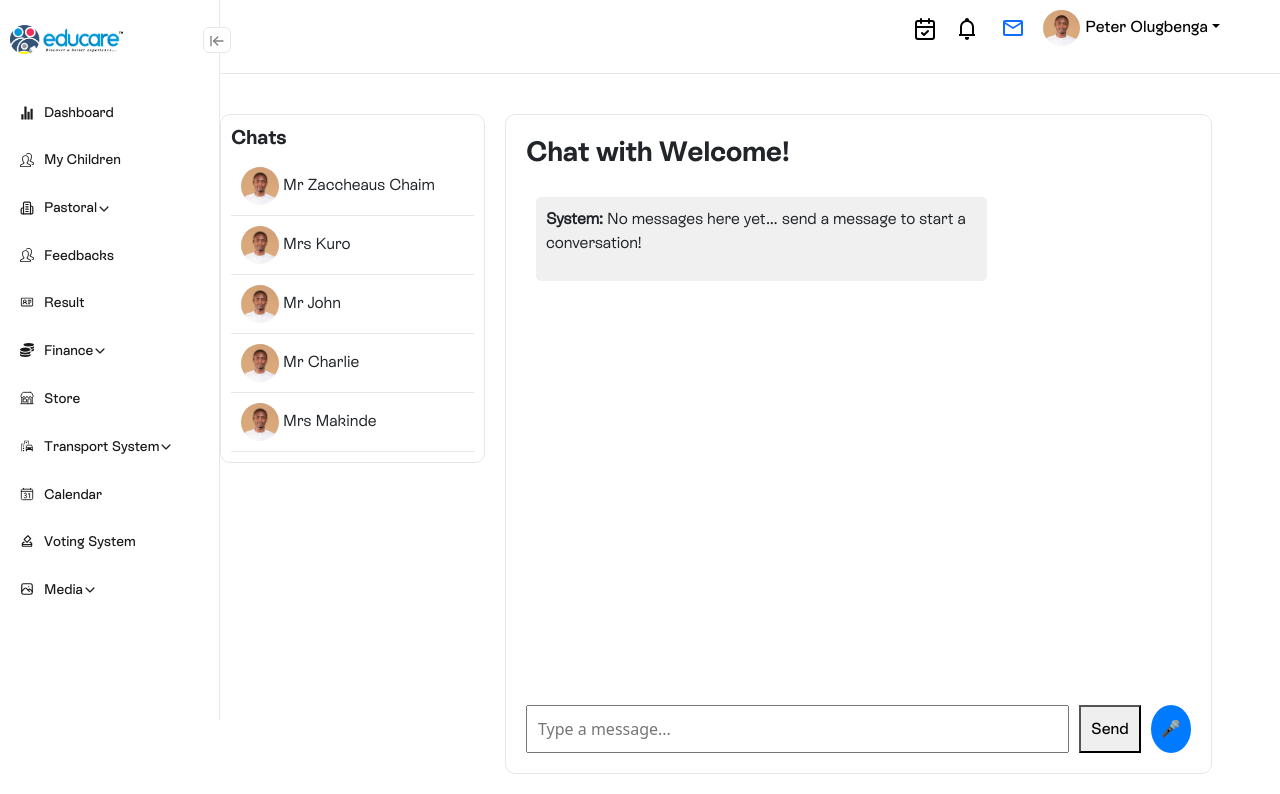
Repository: sarahnnanyelugo/educare-dashboards
Page: /chat-interface
The author's editor kept a copy of each file at every save. The page is drawn from the files as they stood at one save, then again after the next save.
The browser window is 1280 px wide. The pictures show the whole page.
The project was rebuilt for these pictures with package versions that can differ from the ones it lists, and the page was loaded fresh each time. Also part of the build but not shown: src/Dashboards/Parents/Feedbacks/feedbacks.scss, src/components/AppTable/table.scss, src/components/AppTable/AppTable.js, src/Utils/DataUtils.js, src/components/Select/select.scss, src/components/Select/Select.js, src/components/Search/search.scss, src/components/Search/Search.js and 50 more.

Above is the page before, as saved 2024-11-27 12:53:00.

### src/App.js
import logo from "./logo.svg";
import "./App.scss";
import "bootstrap/dist/css/bootstrap.min.css";
import { BrowserRouter, Routes, Route, Link, Outlet } from "react-router-dom";
import { ParentsLayout } from "./Layouts/ParentsLayout";
import { MainNews } from "./pages/NewsPage/MainNews/MainNews";
import { NewsPage } from "./pages/NewsPage/NewsPage";
function App() {
  return (
    <>
      {" "}
      <Routes>
        <Route path="/*" element={<ParentsLayout />} />{" "}
        <Route path="news-page" element={<NewsPage />} />
        <Route path="main-news/:blog_id" element={<MainNews />} />
      </Routes>
    </>
  );
}

export default App;

### src/App.scss
.App-link {
  color: #61dafb;
}

@keyframes App-logo-spin {
  from {
    transform: rotate(0deg);
  }
  to {
    transform: rotate(360deg);
  }
}
@font-face {
  font-family: rebondG;
  src: url(./assets/fonts/Rebond_font/RebondG.otf);
}
@font-face {
  font-family: rebondG-Bold;
  src: url(./assets/fonts/Rebond_font/RebondG-Bold.otf);
}
@font-face {
  font-family: rebondG-Semi-Bold;
  src: url(./assets/fonts/Rebond_font/Rebond-semibold.otf);
}
@font-face {
  font-family: rebondG-Medium;
  src: url(./assets/fonts/Rebond_font/RebondGrotesqueMedium.otf);
}
@font-face {
  font-family: rebondBook;
  src: url(./assets/fonts/Rebond_font/RebondG-Book.ttf);
}
@font-face {
  font-family: rebondLight;
  src: url(./assets/fonts/Rebond_font/RebondGLight.otf);
}
@font-face {
  font-family: rebondMI;
  src: url(./assets/fonts/Rebond_font/RebondGrotesqueMediumitalic.otf);
}
p,
small,
link {
  font-family: rebondBook;
}
h1,
h2,
h3,
h4,
h5,
h6 {
  font-family: rebondG-Bold;
}
a {
  font-family: rebondG-Medium;
  text-decoration: none !important;
}
.card {
  border: 1px solid #e7e7e7 !important;
  border-radius: 10px !important;
}
select {
  border: none;
  background: #fff;
  padding: 7px;
  border-radius: 10px;
  width: 95%;
  font-size: 14px !important;
  font-family: rebondBook !important;
}
hr {
  border: solid 1px #c0bebe !important;
}
.app-btn {
  margin-top: 30px;
  border: solid 1px #e7e7e7;
  border-radius: 36px;
  background: #0098da;
  color: #fff;
  font-family: rebondBook;
  padding: 5px 20px;
  margin-left: 10px;
}
button {
  font-family: rebondG-Medium !important;
}
.page-session {
  border: solid 1px #e7e7e7;
  padding: 20px;
  border-radius: 10px;
  margin-top: 30px;
}

### src/Layouts/ParentsLayout.js
import React from "react";
import { Routes, Route, Navigate } from "react-router-dom";
import { TopNav } from "../components/TopNav/TopNav";
import Feedbacks from "../Dashboards/Parents/Feedbacks/Feedbacks";
import { MainView } from "../Dashboards/Parents/MainView/MainView";
import { MyChildren } from "../Dashboards/Parents/MyChildren/MyChildren";
import ExeatRequests from "../Dashboards/Parents/Pastoral/ExeatRequests";
import HostelReport from "../Dashboards/Parents/Pastoral/HostelReport";
import PastoralReport from "../Dashboards/Parents/Pastoral/PastoralReport";
import { Result } from "../Dashboards/Parents/Result/Result";
import { SideNav } from "../components/SideNav/SideNav";
import { Wallet } from "../Dashboards/Parents/Finance/Wallet";
import { PocketMoney } from "../Dashboards/Parents/Finance/PocketMoney";
import { Invoices } from "../Dashboards/Parents/Finance/Invoices";
import { TransactionHistory } from "../Dashboards/Parents/Finance/TransactionHistory";
import { Store } from "../Dashboards/Parents/Store/Store";
import Event from "../Dashboards/Parents/Calendar/Calendar";
import { VotingSystem } from "../Dashboards/Parents/VotingSystem/VotingSystem";
import { TransportSystem } from "../Dashboards/Parents/TransportSystem/TransportSystem";
import PhotoJournal from "../Dashboards/Parents/Media/PhotoJournals";
import TaggedPost from "../Dashboards/Parents/Media/TaggedPost";
import ChatInterface from "../components/TopNav/ChatInterface/ChatInterface";
export const ParentsLayout = () => {
  return (
    <>
      <div className="d-md-flex">
        <div className="col-md-">
          <SideNav />
        </div>
        <div className="container-fluid" style={{ padding: "0px 0px" }}>
          <TopNav />
          <Routes>
            <Route path="/" element={<MainView />} />{" "}
            <Route path="/my-children" element={<MyChildren />} />{" "}
            <Route path="/result" element={<Result />} />{" "}
            <Route path="/feedbacks" element={<Feedbacks />} />{" "}
            <Route path="/pastoral-report" element={<PastoralReport />} />{" "}
            <Route path="/exeat-requests" element={<ExeatRequests />} />{" "}
            <Route path="/hostel-report" element={<HostelReport />} />{" "}
            <Route path="/wallet" element={<Wallet />} />{" "}
            <Route path="/pocket-money" element={<PocketMoney />} />{" "}
            <Route path="/invoices" element={<Invoices />} />{" "}
            <Route path="/store" element={<Store />} />{" "}
            <Route path="/calendar" element={<Event />} />{" "}
            <Route path="/chat-interface" element={<ChatInterface />} />{" "}
            <Route
              path="/transaction-history"
              element={<TransactionHistory />}
            />{" "}
            <Route path="/voting-system" element={<VotingSystem />} />{" "}
            <Route path="/transport-system" element={<TransportSystem />} />{" "}
            <Route path="/photo-journals" element={<PhotoJournal />} />{" "}
            <Route path="/tagged-posts" element={<TaggedPost />} />{" "}
          </Routes>
        </div>
      </div>
    </>
  );
};

### src/components/TopNav/TopNav.js
import React from "react";
import "./top-nav.scss";
import { LuCalendarCheck } from "react-icons/lu";
import { CgBell } from "react-icons/cg";
import { MdOutlineEmail } from "react-icons/md";
import Container from "react-bootstrap/Container";
import Nav from "react-bootstrap/Nav";
import Navbar from "react-bootstrap/Navbar";
import Icon5 from "../../assets/images/peter.png";
import { FaRegUser } from "react-icons/fa";

import Dropdown from "react-bootstrap/Dropdown";
import { IoIosLogOut } from "react-icons/io";
import { Link } from "react-router-dom";

export const TopNav = () => {
  return (
    <div className="top-nav-container">
      <ul className="list-inline">
        <li className="list-inline-item">
          <div className="profile-drop profile-drop2">
            <Dropdown>
              <Dropdown.Toggle>
                <LuCalendarCheck style={{ fontSize: "24px" }} />
              </Dropdown.Toggle>

              <Dropdown.Menu>
                <Dropdown.Item href="/dashboard-selector">
                  <h6>Unapproved Results</h6>
                </Dropdown.Item>
                <hr />
              </Dropdown.Menu>
            </Dropdown>
          </div>
        </li>
        <li className="list-inline-item">
          <div className="profile-drop profile-drop2">
            <Dropdown>
              <Dropdown.Toggle>
                <CgBell style={{ fontSize: "24px" }} />
              </Dropdown.Toggle>

              <Dropdown.Menu>
                <Dropdown.Item href="/dashboard-selector">
                  <h6>Notifications</h6>
                </Dropdown.Item>
                <hr />
              </Dropdown.Menu>
            </Dropdown>
          </div>
        </li>{" "}
        <li className="list-inline-item">
          <Link to={"/chat-interface"}>
            {" "}
            <MdOutlineEmail style={{ fontSize: "24px" }} />
          </Link>
        </li>
        <li className="list-inline-item">
          <div className="profile-drop">
            <Dropdown>
              <Dropdown.Toggle>
                <img src={Icon5} width="37px" />
                Peter Olugbenga
              </Dropdown.Toggle>

              <Dropdown.Menu>
                <Dropdown.Item href="/dashboard-selector">
                  <h6> Peter Olugbenga</h6>
                  <small>olasunkanifiness@gmail.com</small>
                </Dropdown.Item>
                <hr />
                <Dropdown.Item>
                  <FaRegUser style={{ marginRight: "10px" }} />
                  Profile
                </Dropdown.Item>
                <Dropdown.Item>
                  <IoIosLogOut style={{ marginRight: "10px" }} />
                  Sign out
                </Dropdown.Item>
              </Dropdown.Menu>
            </Dropdown>
          </div>
        </li>
      </ul>
    </div>
  );
};

### src/components/TopNav/ChatInterface/ChatInterface.js
import React, { useState } from "react";
import { ChatWindow } from "./ChatWindow";
import Contacts from "./Contacts";
import { contacts, messages } from "../../../TestData/chatContactData";

const ChatInterface = () => {
  const [selectedContactId, setSelectedContactId] = useState(null);

  // Default message for when no contact is selected
  const defaultMessages = [
    {
      sender: "System",
      text: "No messages here yet… send a message to start a conversation!",
    },
  ];

  const currentMessages = selectedContactId
    ? messages[selectedContactId]
    : defaultMessages;
  const currentContactName = selectedContactId
    ? contacts.find((c) => c.id === selectedContactId).name
    : "Welcome!";

  return (
    <div className="chat-interface">
      <Contacts
        contacts={contacts}
        onSelectContact={setSelectedContactId}
        activeContactId={selectedContactId}
      />
      <ChatWindow
        messages={currentMessages}
        selectedContact={currentContactName}
      />
    </div>
  );
};

export default ChatInterface;

### src/components/TopNav/top-nav.scss
.top-nav-container {
  height: 74px;
  border-bottom: solid 1px #e4e7ec;
  //   padding-top: 20px;
  padding-right: 50px;
  ul {
    float: right;
    li {
      margin: 10px;
    }
  }
  .profile-drop {
    .btn {
      padding: 0;
      background: #fff !important;
      border: none !important;
      color: #000;
      font-family: rebondG-Medium;
      font-size: 16px;
      img {
        border-radius: 100%;
        margin-right: 5px;
      }
    }
    .dropdown-menu {
      border: solid 1px #d0d5dd;
      font-family: montM;
      box-shadow: 0px 1px 3px #1018281a;
      border: 1px solid #e4e7ec;
      border-radius: 10px;
      min-height: 150px;
      width: 230px !important;
      padding: 5px 10px;
      font-size: 14px;
      a {
        padding: 10px;
      }
      h6 {
        margin-bottom: 0;
      }
      small {
        color: #9d9ea1;
        font-size: 12px;
      }
      hr {
        border: solid 1px #d0d5dd;
        margin-top: 0;
        margin-bottom: 0;
      }
    }
  }
}
.profile-drop2 {
  .dropdown-toggle::after {
    display: none;
  }
}

### src/components/SideNav/SidebarData.js
import React from "react";
import * as FaIcons from "react-icons/fa";
import * as AiIcons from "react-icons/ai";
import * as IoIcons from "react-icons/io";

export const SidebarData = [
  {
    name: "Dashboard",
    icon: "IoStatsChartSharp",
    url: "/",
  },
  {
    name: "My Children",
    icon: "SlPeople",
    url: "/my-children",
  },
  {
    name: "Pastoral",
    icon: "LuBuilding2",
    url: "/pastoral",
    accordion: true,
    accordionContent: [
      { name: "Pastoral Report", url: "/pastoral-report" },
      { name: "Exeat Requests", url: "/exeat-requests" },
      { name: "Hostel Report", url: "/hostel-report" },
    ],
  },
  {
    name: "Feedbacks",
    icon: "SlPeople",
    url: "/feedbacks",
  },
  {
    name: "Result",
    icon: "LiaIdCardSolid",
    url: "/result",
  },
  {
    name: "Finance",
    icon: "FaCoins",
    url: "/finance",
    accordion: true,
    accordionContent: [
      { name: "Wallet", url: "/wallet" },
      { name: "Pocket Money", url: "/pocket-money" },
      { name: "Invoices", url: "/invoices" },
      { name: "Transaction History", url: "/transaction-history" },
    ],
  },
  {
    name: "Store",
    icon: "IoStorefrontOutline",
    url: "/store",
  },
  {
    name: "Transport System",
    icon: "MdOutlineEmojiTransportation",
    accordion: true,
    accordionContent: [
      { name: "Bus", url: "/transport-system" },
      { name: "Pickup", url: "/pickup" },
    ],
  },
  {
    name: "Calendar",
    icon: "IoCalendarNumberOutline",
    url: "/calendar",
  },
  {
    name: "Voting System",
    icon: "MdOutlineHowToVote",
    url: "/voting-system",
  },
  {
    name: "Media",
    icon: "TbPhoto",

    accordion: true,
    accordionContent: [
      { name: "Photo Journals", url: "/photo-journals" },
      { name: "Tagged Posts", url: "/tagged-posts" },
    ],
  },
];

### src/components/SideNav/side-nav.scss
.side-nav-div {
  background: rgb(255, 255, 255);
  padding: 0 !important;

  .nav-inner {
    padding: 25px 5px 5px 10px;
    display: flex;
    align-items: center;
  }
  border-right: 1px solid #e7e7e7;
  a {
    color: #191919;
    font-size: 14px;

    border-radius: 6px;
  }
  ul {
    // background: red;
    li {
      margin: 5px 15px !important;
      padding: 8px 10px 8px 5px;
      &:hover {
        border-radius: 6px;

        background: #fafafa;
      }
    }
  }
  .list-group-item {
    margin: 5px 15px !important;
    padding: 8px 10px 8px 5px;
    border: none;
    &:hover {
      border-radius: 6px;

      background: #fafafa;
    }
  }
  ol {
    // background: red;
    li {
      &:hover {
        background: #fafafa;
        border-radius: 6px;
      }
    }
  }
  .accordion-button {
    padding: 3px 0 3px 0px !important;
    margin-left: 0 !important;
    font-size: 14px;
    font-family: rebondG-Medium !important;

    background: transparent !important;
    width: 100% !important;
  }
  .accordion-body {
    border-left: 1px solid #e7e7e7;
    margin-top: 20px;
    padding: 0 !important;
    ol {
      li {
        font-size: 10px;
      }
    }
  }
  .accordion-button:not(.collapsed) {
    border-bottom: 0 !important;
    width: 100% !important;
  }
  .accordion-button::after {
    display: none;
  }
  .accordion-item {
    border: none !important;
  }
  .active-link {
    color: #0098da; /* Change to your desired active link color */
    font-weight: bold;
    padding: 8px 10px 8px 5px;
    font-size: 14px;
    background-color: #e6f7ff;
    width: 100% !important;
  }
}
.link-span {
  width: 100% !important;
}

### src/components/TopNav/ChatInterface/ChatWindow.js
import React, { useState, useEffect } from "react";
import "./chat.scss";
const formatTime = (date) => {
  const hours = date.getHours();
  const minutes = date.getMinutes();
  const ampm = hours >= 12 ? "PM" : "AM";
  const formattedHours = hours % 12 || 12; // Convert 24-hour to 12-hour
  const formattedMinutes = minutes < 10 ? "0" + minutes : minutes;
  return `${formattedHours}:${formattedMinutes} ${ampm}`;
};
export const ChatWindow = ({ messages, selectedContact }) => {
  const [chatMessages, setChatMessages] = useState([]);
  const [newMessage, setNewMessage] = useState("");
  const [recording, setRecording] = useState(false);
  const [mediaRecorder, setMediaRecorder] = useState(null);
  const [audioChunks, setAudioChunks] = useState([]);
  useEffect(() => {
    setChatMessages(messages);
  }, [messages]);
  useEffect(() => {
    console.log(audioChunks);
  }, [audioChunks]);
  const handleSend = () => {
    if (newMessage.trim()) {
      // Get the current time when the message is sent
      const currentTime = formatTime(new Date());

      const newChatMessage = {
        sender: "You",
        text: newMessage,
        time: currentTime,
      };

      // Add the new message to the chat messages
      setChatMessages((prevMessages) => [...prevMessages, newChatMessage]);

      // Clear the input box after sending the message
      setNewMessage("");
    }
  };
  const handleStartRecording = async () => {
    try {
      const stream = await navigator.mediaDevices.getUserMedia({ audio: true });
      console.log("Microphone access granted.");

      const recorder = new MediaRecorder(stream);
      const chunks = [];

      recorder.ondataavailable = (event) => {
        if (event.data.size > 0) {
          console.log("Audio chunk received:", event.data);
          chunks.push(event.data);
        }
      };

      recorder.onstop = () => {
        if (chunks.length > 0) {
          console.log("Recording stopped. Creating audio blob...");
          const audioBlob = new Blob(chunks, { type: "audio/webm" });
          const audioUrl = URL.createObjectURL(audioBlob);

          // Add audio message to the chat
          const currentTime = formatTime(new Date());
          setChatMessages((prevMessages) => [
            ...prevMessages,
            {
              sender: "You",
              text: null,
              audio: audioUrl,
              time: currentTime,
            },
          ]);
        } else {
          console.error("No audio data captured.");
        }
      };

      recorder.start();
      console.log("Recording started.");
      setMediaRecorder(recorder);
      setRecording(true);
    } catch (error) {
      console.error("Error accessing microphone:", error);
      alert("Microphone access is required for voice recording.");
    }
  };
  const handleStopRecording = () => {
    if (mediaRecorder) {
      mediaRecorder.stop();
      setRecording(false);
    }
  };

  return (
    <div className="chat-window card col-md-8">
      <h3>Chat with {selectedContact}</h3>
      <div className="message-list">
        {chatMessages.map((msg, index) => (
          <div
            key={index}
            className={`message ${msg.sender === "You" ? "sent" : "received"}`}
          >
            {msg.text ? (
              <p>
                <strong>{msg.sender}:</strong> {msg.text}
              </p>
            ) : (
              <audio controls>
                <source src={msg.audio} type="audio/webm" />
              </audio>
            )}
            <span className="message-time">{msg.time}</span>
          </div>
        ))}
      </div>
      <div className="input-box">
        <input
          type="text"
          value={newMessage}
          onChange={(e) => setNewMessage(e.target.value)}
          placeholder="Type a message..."
        />
        <button onClick={handleSend}>Send</button>
        <button
          onClick={recording ? handleStopRecording : handleStartRecording}
          className={`record-button ${recording ? "recording" : ""}`}
        >
          🎤
        </button>
      </div>
    </div>
  );
};

### src/components/TopNav/ChatInterface/Contacts.js
import React from "react";
const Contacts = ({ contacts, onSelectContact, activeContactId }) => {
  return (
    <div className="col-md-3 cover">
      {" "}
      <div className="chat-contacts card col-md-12">
        <h5>Chats</h5>
        <ul>
          {contacts.map((contact) => (
            <li
              key={contact.id}
              className={contact.id === activeContactId ? "active" : ""}
              onClick={() => onSelectContact(contact.id)}
            >
              <img src={contact.profilePicture} width="38px" height="38px" />{" "}
              {contact.name}
            </li>
          ))}
        </ul>
      </div>
    </div>
  );
};

export default Contacts;

### src/TestData/chatContactData.js
import Img1 from "../assets/images/peter.png";

export const contacts = [
  { id: 1, name: "Mr Zaccheaus Chaim", profilePicture: Img1 },
  { id: 2, name: "Mrs Kuro", profilePicture: Img1 },
  { id: 3, name: "Mr John", profilePicture: Img1 },
  { id: 4, name: "Mr Charlie", profilePicture: Img1 },
  { id: 5, name: "Mrs Makinde", profilePicture: Img1 },
];

export const messages = {
  1: [
    { sender: "Mr Zaccheaus Chaim", text: "Hi there!" },
    { sender: "You", text: "Hello Alice!" },
  ],
  2: [
    { sender: "Mrs Kuro", text: "How are you?" },
    { sender: "You", text: "I'm good, thanks!" },
  ],
  3: [
    { sender: "Mr John", text: "Hey, long time no see!" },
    { sender: "You", text: "Yeah, it's been a while." },
  ],

  4: [
    { sender: "Mr Charlie", text: "Hey, long time no see!" },

    { sender: "You", text: "Yeah, it's been a while." },
  ],
  5: [
    { sender: "Mrs Makinde", text: "Hey, long time no see!" },
    { sender: "You", text: "Yeah, it's been a while." },
  ],
};

### src/components/TopNav/ChatInterface/chat.scss
.chat-interface {
  display: flex;
  width: 100%;
  height: 600px;
  height: 100vh;
}
.chat-contacts {
  //   width: 25%;
  background-color: #fff;
  padding: 10px;
  border-right: 1px solid #ddd;
  margin-top: 40px;
  img {
    border-radius: 100%;
  }
  ul {
    list-style: none;
    padding: 0;
    margin: 0;
  }
  li {
    padding: 10px;
    cursor: pointer;

    font-family: rebondBook;
    border-bottom: solid 1px #e7e7e7;
    &:hover {
      background-color: #f0f0f0;
    }
  }
}
.chat-contacts li.active {
  background-color: #0098da;
  color: white;
  font-weight: bold;
  border-radius: 12px;
}
.chat-window {
  padding: 20px;
  display: flex;
  flex-direction: column;
  margin-top: 40px;
  margin: 40px 20px 20px 20px;
}

.message-list {
  flex: 1;
  overflow-y: auto;
  margin-bottom: 10px;
}

.message {
  padding: 10px;
  margin-bottom: 5px;
}

.message.sent {
  align-self: flex-end;
  background-color: #e1ffc7;
}

.message.received {
  align-self: flex-start;
  background-color: #f0f0f0;
}

.input-box {
  display: flex;
}

.input-box input {
  flex: 1;
  padding: 10px;
}

.input-box button {
  padding: 10px;
}
.no-messages {
  text-align: center;
  color: #888;
  font-style: italic;
  margin: 20px 0;
}
.message {
  margin: 10px 0;
  padding: 10px;
  border-radius: 5px;
  max-width: 70%;
}

.message.sent {
  background-color: #e1ffc7;
  align-self: flex-end;
  text-align: right;
}

.message.received {
  background-color: #f0f0f0;
  align-self: flex-start;
  text-align: left;
}

.message-list {
  display: flex;
  flex-direction: column;
  gap: 10px;
  overflow-y: auto;
  padding: 10px;
  flex: 1;
  //   max-height: 400px; /* Adjust based on your layout */
}

.input-box {
  display: flex;
  gap: 10px;
  margin-top: 10px;
}
/* Recording button styles */
.record-button {
  background-color: #007bff;
  color: white;
  border: none;
  padding: 10px;
  border-radius: 50%;
  cursor: pointer;
}

.record-button.recording {
  background-color: #ff4d4d;
  animation: pulse 1s infinite;
}

@keyframes pulse {
  0% {
    transform: scale(1);
  }
  50% {
    transform: scale(1.1);
  }
  100% {
    transform: scale(1);
  }
}
// .covering {
//   padding: 10px;
//   height: 600px;
//   height: 100vh;
// }

Loaded but not shown: public/index.html (common file); src/index.js (common file); src/index.css (common file); src/reportWebVitals.js (common file); src/components/SideNav/SideNav.js (225 lines, source omitted); src/Dashboards/Parents/TransportSystem/transport-system.scss (no stored copy; drawn as an empty file)

After the next save:
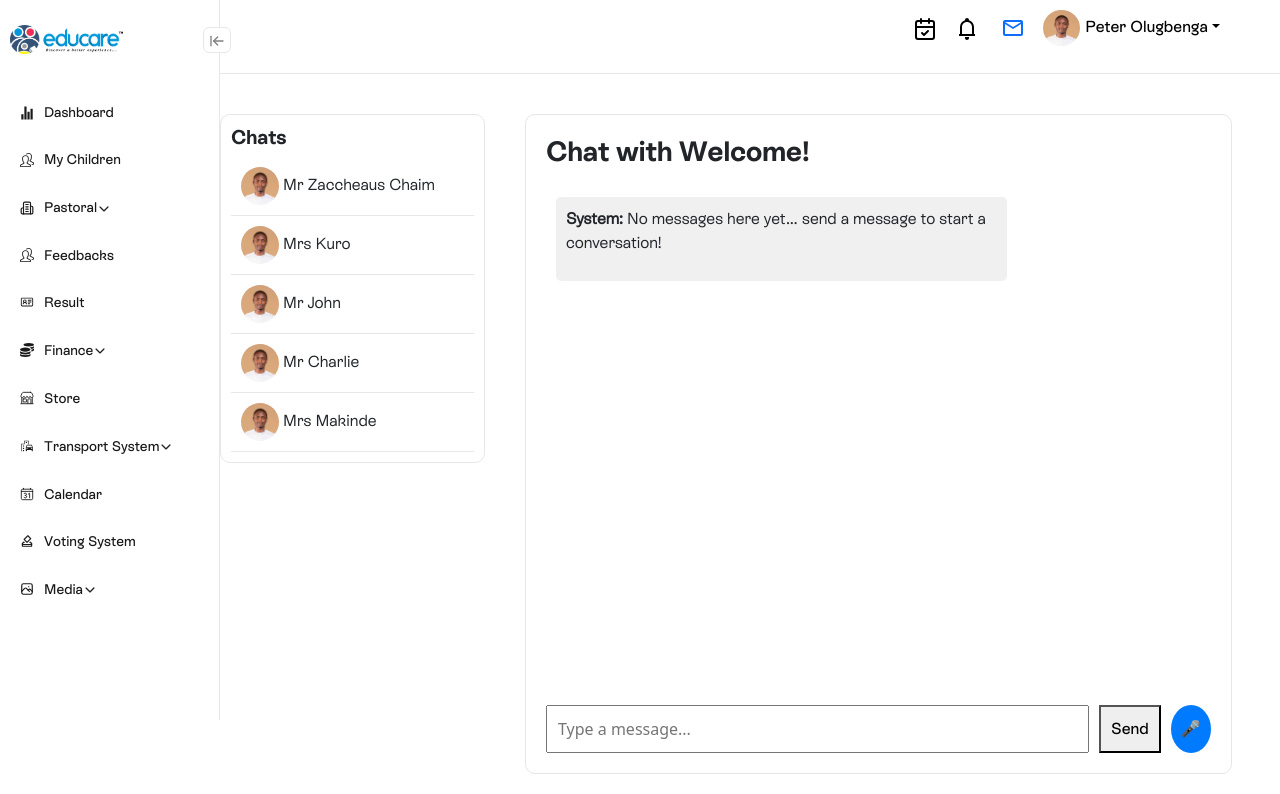
Saved 5 s later.
--- a/src/components/TopNav/ChatInterface/chat.scss
+++ b/src/components/TopNav/ChatInterface/chat.scss
@@ -40,7 +40,7 @@
   display: flex;
   flex-direction: column;
   margin-top: 40px;
-  margin: 40px 20px 20px 20px;
+  margin: 40px 20px 20px 40px;
 }
 
 .message-list {
